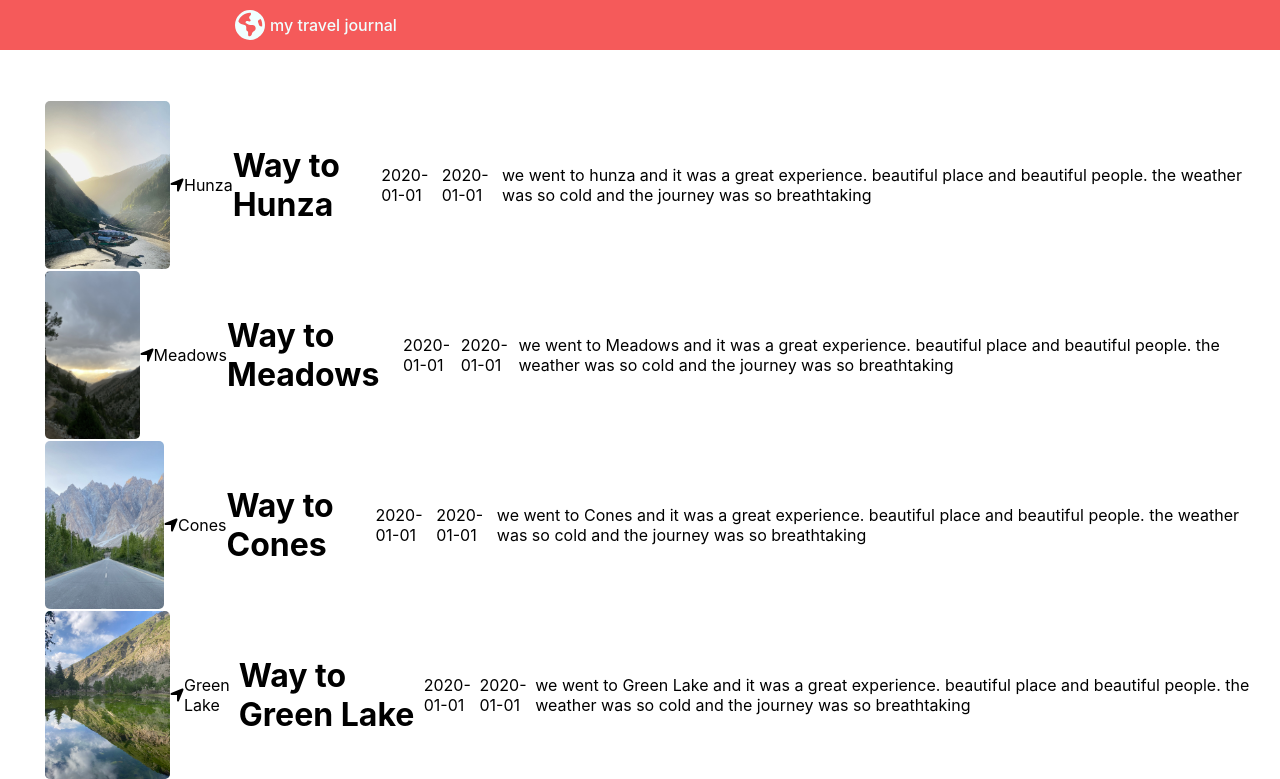
Repository: mortiestmorty1/travel-journal
Page: /
An editor plug-in stored every save of this project. The page is shown before and after the next save, followed by the edit.
The browser window is 1280 px wide. The pictures show the whole page.
The project was rebuilt for these pictures with package versions that can differ from the ones it lists, and the page was loaded fresh each time.

Above is the page before, as saved 2024-01-17 14:46:41.

### src/App.js
import logo from './logo.svg';
import './App.css';
import Navbar from "./components/navbar";
import Data from "./components/data.js";
import Content from "./components/content.js";

function App() {
  const  Memories = Data.map((item) => {
    return<Content
          key={item.id}
          item={item}
    />
  })
  return (
    <div className="App">
      <Navbar />
      {Memories}
    </div>
  );
}

export default App;

### src/App.css
.Nav-container{
    display: flex;
    justify-content: space-between;
    align-items: center;
    background-color: #F55A5A;
    height: 50px;
}
.navbar{
    display: flex;
    justify-content: space-between;
    align-items: center;
    background-color: #F55A5A;
    margin-left: 230px;
}
.title{
  color: azure;
  font-weight: 500;
  margin-left: 5px;
}
.earth{
  width: 30px;
  height: 30px;
  margin-left: 5px;
  color: azure;
}
.content-container{
  display: flex;
  justify-content: space-between;
  padding: 10px;
  align-items: center;
  margin-top: 100px;
  height: 50px;
  margin-left: 30px;
}
.image{
  width: 125px;
  height: 168px;
  margin-left: 5px;
  color: azure;
  border-radius: 5px;
}

### src/components/navbar.js
import React from "react";
import { FontAwesomeIcon } from "@fortawesome/react-fontawesome";
import { faEarth } from "@fortawesome/free-solid-svg-icons";
import "../App.css";

function Navbar(){
    return(
        <div className="Nav-container">
            <nav className="navbar">
                <FontAwesomeIcon icon={faEarth} className="earth"></FontAwesomeIcon>
                <span className="title">
                        my travel journal
                </span>
            </nav>
        </div>
    )
}
export default Navbar;

### src/components/data.js
import Hunza from "./way-to-hunza.jpeg";
import Meadows from "./way-to-meadows.jpeg";
import Cones from "./cones.jpeg";
import Glake from "./green-lake.jpeg";

export default [
    {
        id:1,
        img: Hunza,
        location: "Hunza",
        googlelink: "https://www.google.com/maps/place/Hunza+Valley,+Gilgit-Baltistan,+Pakistan/",
        Title: "Way to Hunza",
        datestart:"2020-01-01",
        dateend: "2020-01-01",
        description:"we went to hunza and it was a great experience. beautiful place and beautiful people. the weather was so cold and the journey was so breathtaking"
    }
    ,
    {
        id:2,
        img: Meadows,
        location: "Meadows",
        googlelink: "https://www.google.com/maps/place/Meadows,+Gilgit-Baltistan,+Pakistan/",
        Title: "Way to Meadows",
        datestart:"2020-01-01",
        dateend: "2020-01-01",
        description:"we went to Meadows and it was a great experience. beautiful place and beautiful people. the weather was so cold and the journey was so breathtaking"
    }
    ,
    {
        id:3,
        img: Cones,
        location: "Cones",
        googlelink: "https://www.google.com/maps/place/Cones,+Gilgit-Baltistan,+Pakistan/",
        Title: "Way to Cones",
        datestart:"2020-01-01",
        dateend: "2020-01-01",
        description:"we went to Cones and it was a great experience. beautiful place and beautiful people. the weather was so cold and the journey was so breathtaking"
    }
    ,
    {
        id:4,
        img: Glake,
        location: "Green Lake",
        googlelink: "https://www.google.com/maps/place/Green+Lake,+Gilgit-Baltistan,+Pakistan/",
        Title: "Way to Green Lake",
        datestart:"2020-01-01",
        dateend: "2020-01-01",
        description:"we went to Green Lake and it was a great experience. beautiful place and beautiful people. the weather was so cold and the journey was so breathtaking"
    }
]

### src/components/content.js
import React from "react";
import { FontAwesomeIcon } from "@fortawesome/react-fontawesome";
import { faLocationArrow } from "@fortawesome/free-solid-svg-icons";
import "../App.css";
function Content(props){

    return(
        <div className="content-container">
            <img className="image" src={props.item.img}>
            </img>
            <FontAwesomeIcon icon={faLocationArrow} className="location"></FontAwesomeIcon>
            <span className="location">
                {props.item.location}
            </span>
            <a href={props.googlelink}></a>
            <h1 className="Title">{props.item.Title}</h1>
            <span className="date-start">{props.item.datestart}</span>
            <span className="date-end">{props.item.dateend}</span>
            <p className="description">{props.item.description}</p>
        </div>
    )
}

export default Content;

Loaded but not shown: public/index.html (common file); src/index.js (common file); src/index.css (common file); src/reportWebVitals.js (common file)

After the next save:
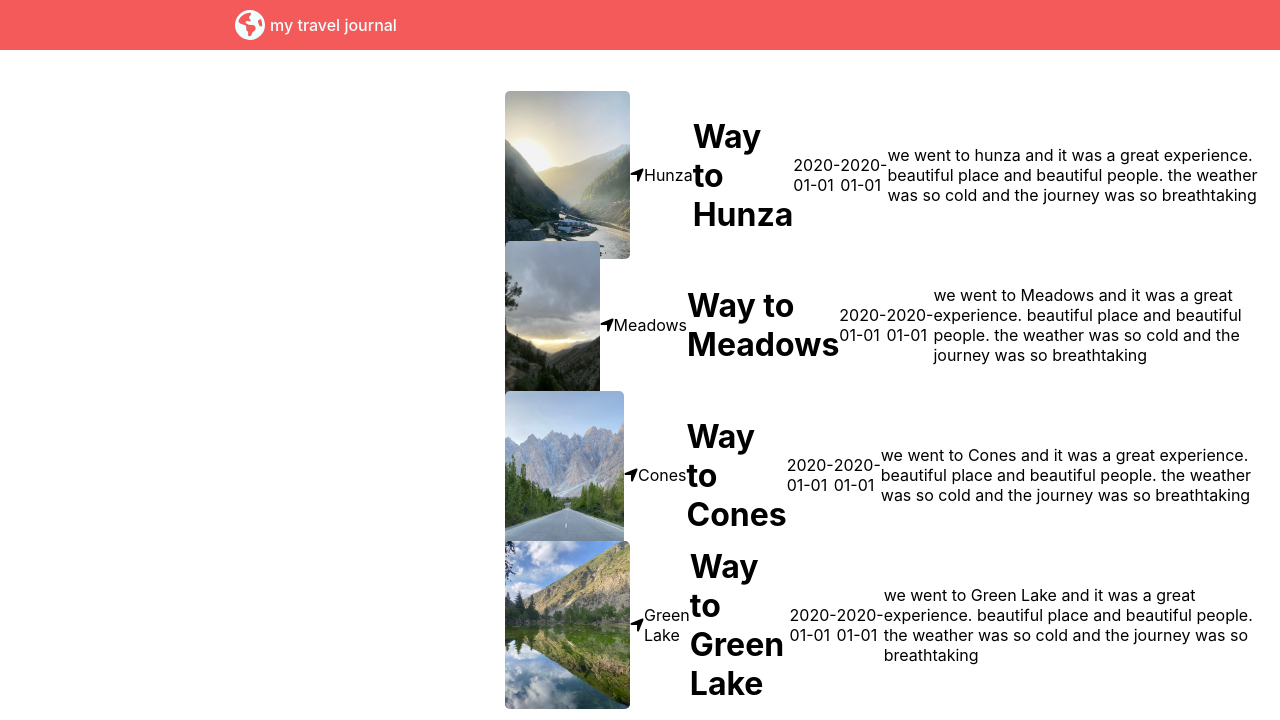
Saved 13 s later.
--- a/src/App.css
+++ b/src/App.css
@@ -25,12 +25,11 @@
 }
 .content-container{
   display: flex;
-  justify-content: space-between;
-  padding: 10px;
+  justify-content: space-between;;
   align-items: center;
   margin-top: 100px;
   height: 50px;
-  margin-left: 30px;
+  margin-left: 500px;
 }
 .image{
   width: 125px;
